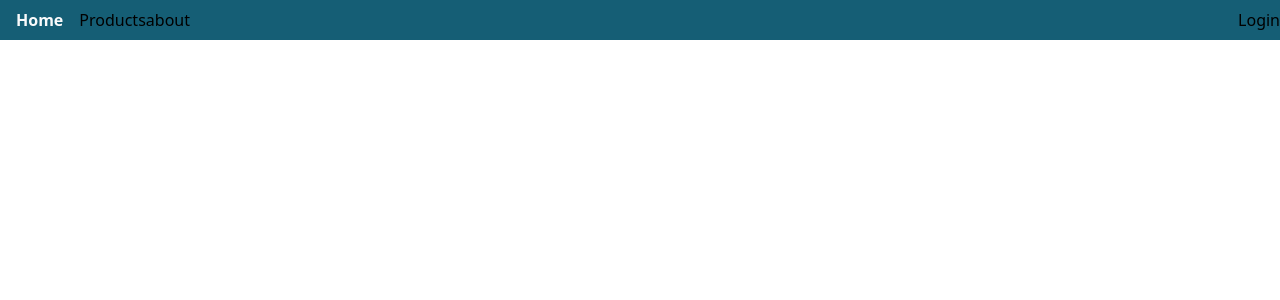
Repository: Sanaa00/svelte-test
Page: /
These files come from the project's save history. The page is drawn as it stood at one moment and after the next save; the edit follows.
The browser window is 1280 px wide. The pictures show the whole page.
The project was rebuilt for these pictures with package versions that can differ from the ones it lists, and the page was loaded fresh each time. The framework's server and built-in components were replaced by stand-ins that run in the browser. Also part of the build but not shown: svelte.config.js, vite.config.js.

Above is the page before, as saved 2024-12-08 19:36:05.

After the next save:
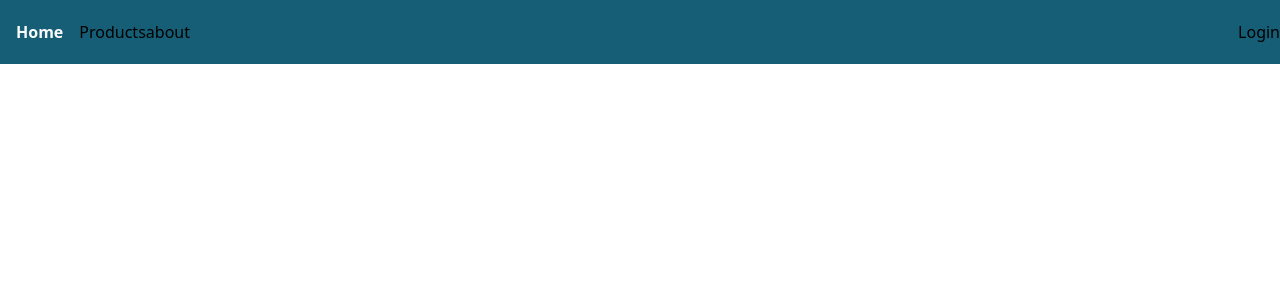
Saved 8 s later.
--- a/src/component/Navbar.svelte
+++ b/src/component/Navbar.svelte
@@ -2,7 +2,7 @@
 </script>
 
 <main class="w-full">
-	<nav class="flex h-10 w-full items-center justify-between bg-cyan-800">
+	<nav class="flex h-16 w-full items-center justify-between bg-cyan-800">
 		<ul class="flex">
 			<li class="px-4 font-semibold text-gray-50">Home</li>
 			<li>Products</li>
